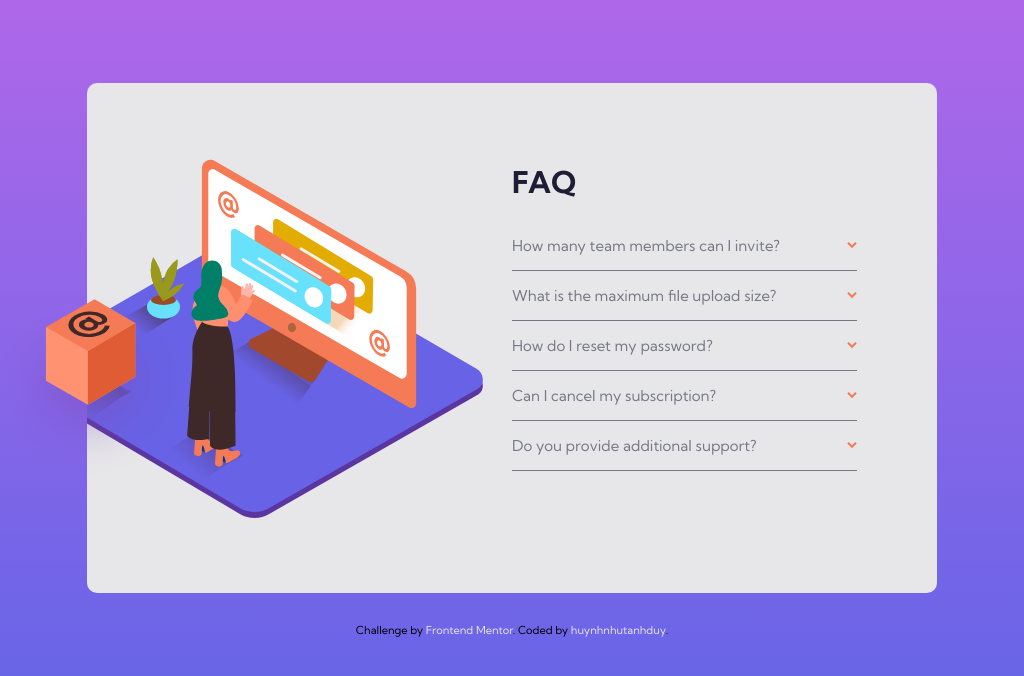
Repository: huynhnhutanhduy/faq-accordion-card
Page: index.html
An editor plug-in stored every save of this project. The page is shown before and after the next save, followed by the edit.
The browser window is 1024 px wide. The pictures show the whole page.

Above is the page before, as saved 2022-10-22 15:48:50.

After the next save:
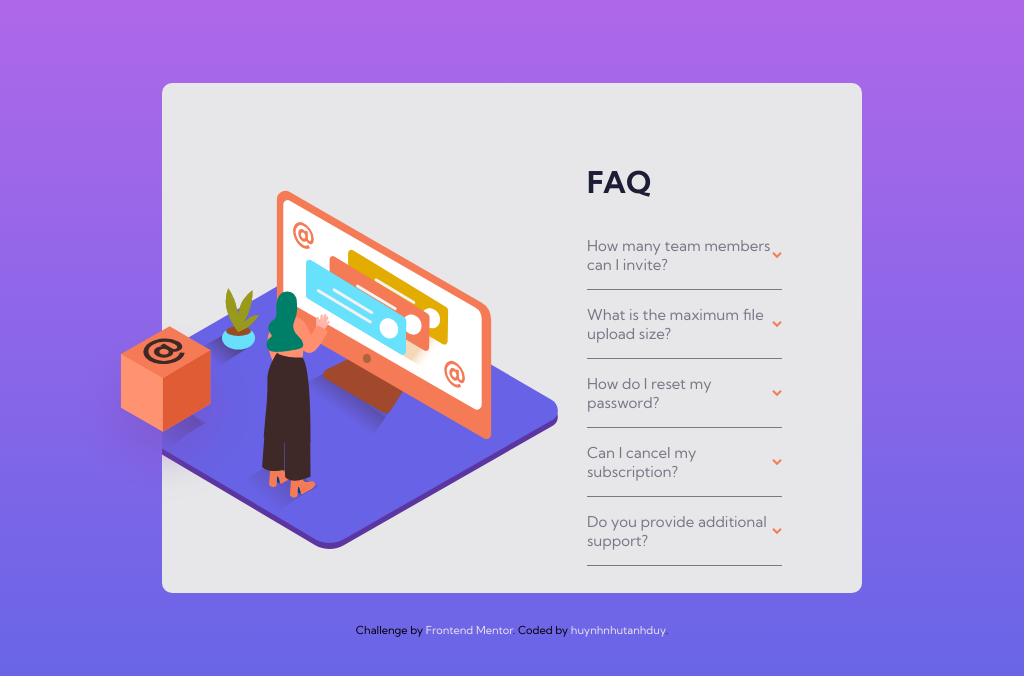
Saved 46 s later.
--- a/app.css
+++ b/app.css
@@ -134,7 +134,7 @@
 }
 @media screen and (max-width: 1024px) {
   .card {
-    width: 85rem;
+    width: 70rem;
     grid-gap: 2.5rem;
   }
 }

After the save that followed:
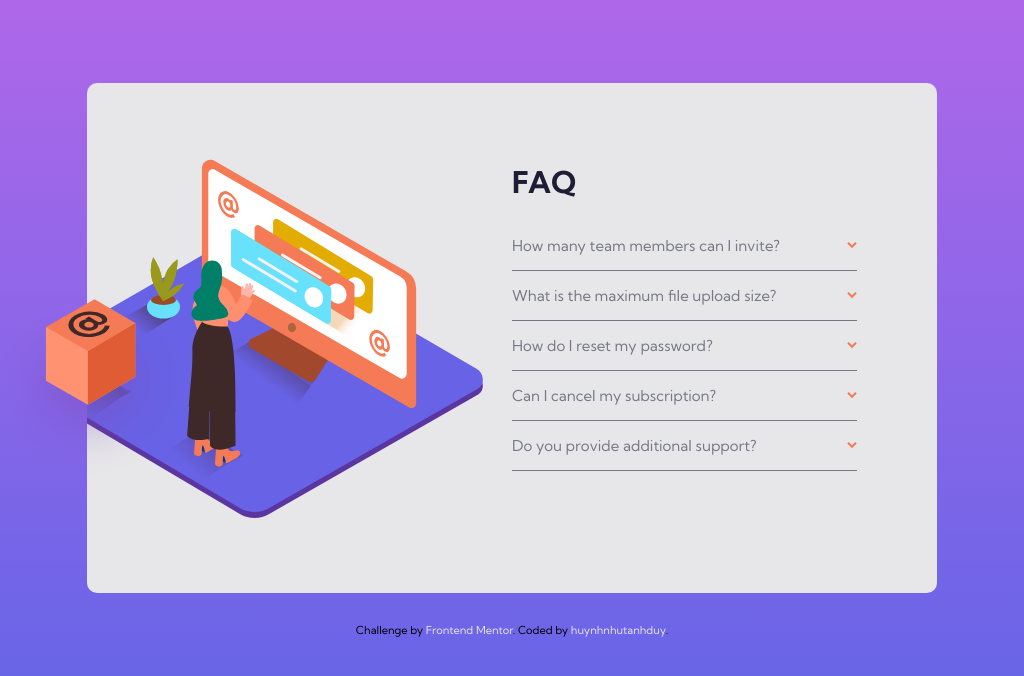
Saved 11 s later.
--- a/app.css
+++ b/app.css
@@ -134,7 +134,7 @@
 }
 @media screen and (max-width: 1024px) {
   .card {
-    width: 70rem;
+    width: 85rem;
     grid-gap: 2.5rem;
   }
 }
